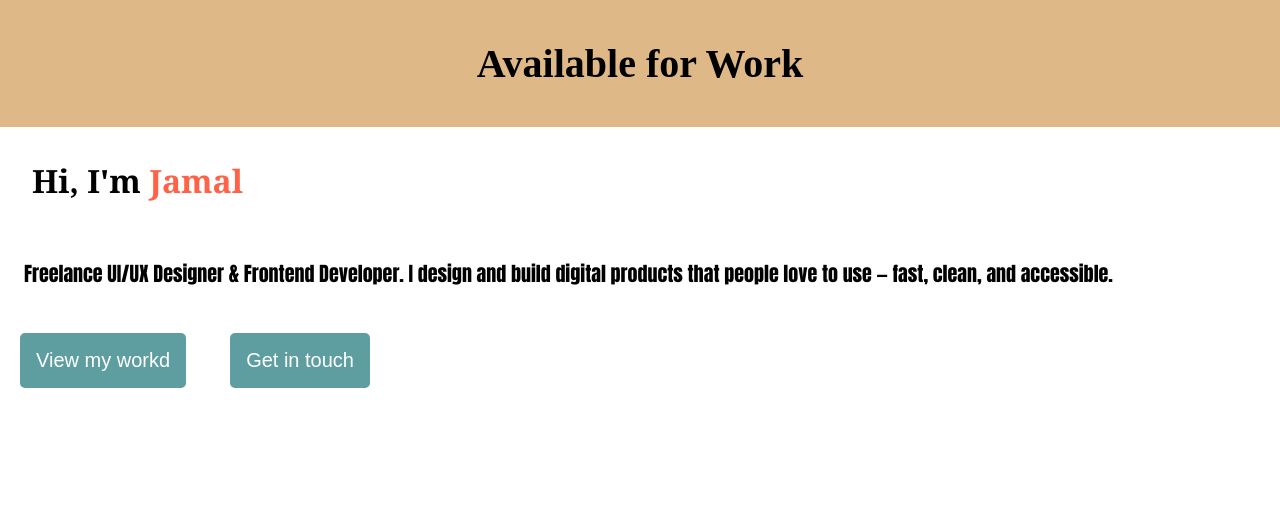
Repository: jamalissef-glitch/exercise1-JS
Page: Exercise33/index.html
An editor plug-in stored every save of this project. The page is shown before and after the next save, followed by the edit.
The browser window is 1280 px wide. The pictures show the whole page.

Above is the page before, as saved 2026-07-14 17:55:13.

After the next save:
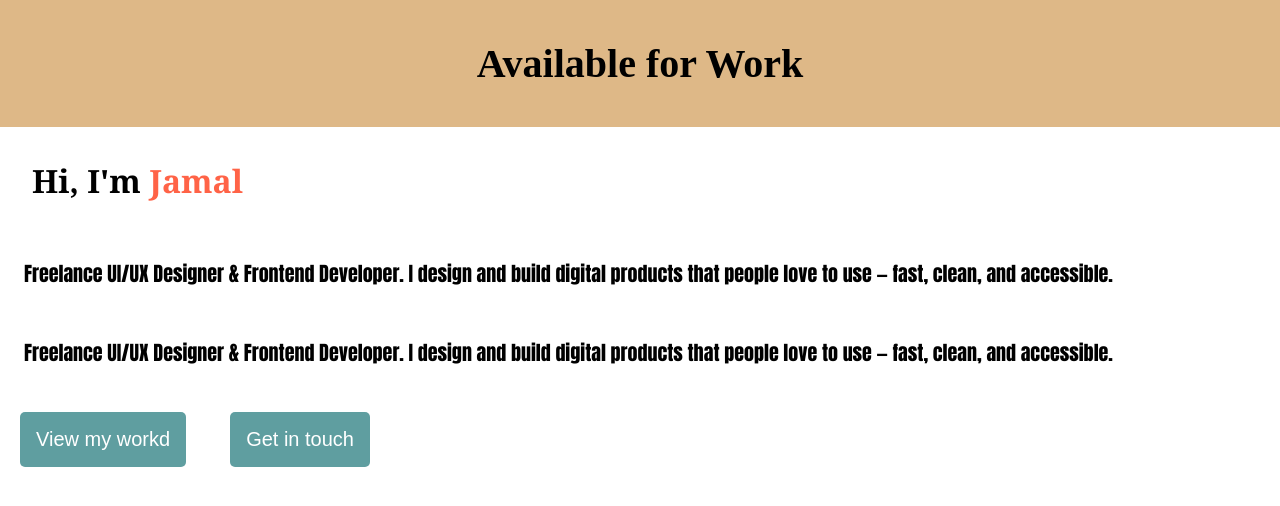
Saved 32 s later.
--- a/Exercise33/index.html
+++ b/Exercise33/index.html
@@ -61,6 +61,9 @@
  <p class="desc">Freelance UI/UX Designer & Frontend Developer. I design and build digital products that people love to
   use — fast,
   clean, and accessible.</p>
+ <p class="desc">Freelance UI/UX Designer & Frontend Developer. I design and build digital products that people love to
+  use — fast,
+  clean, and accessible.</p>
 
  <button>View my workd</button>
  <button>Get in touch</button>
